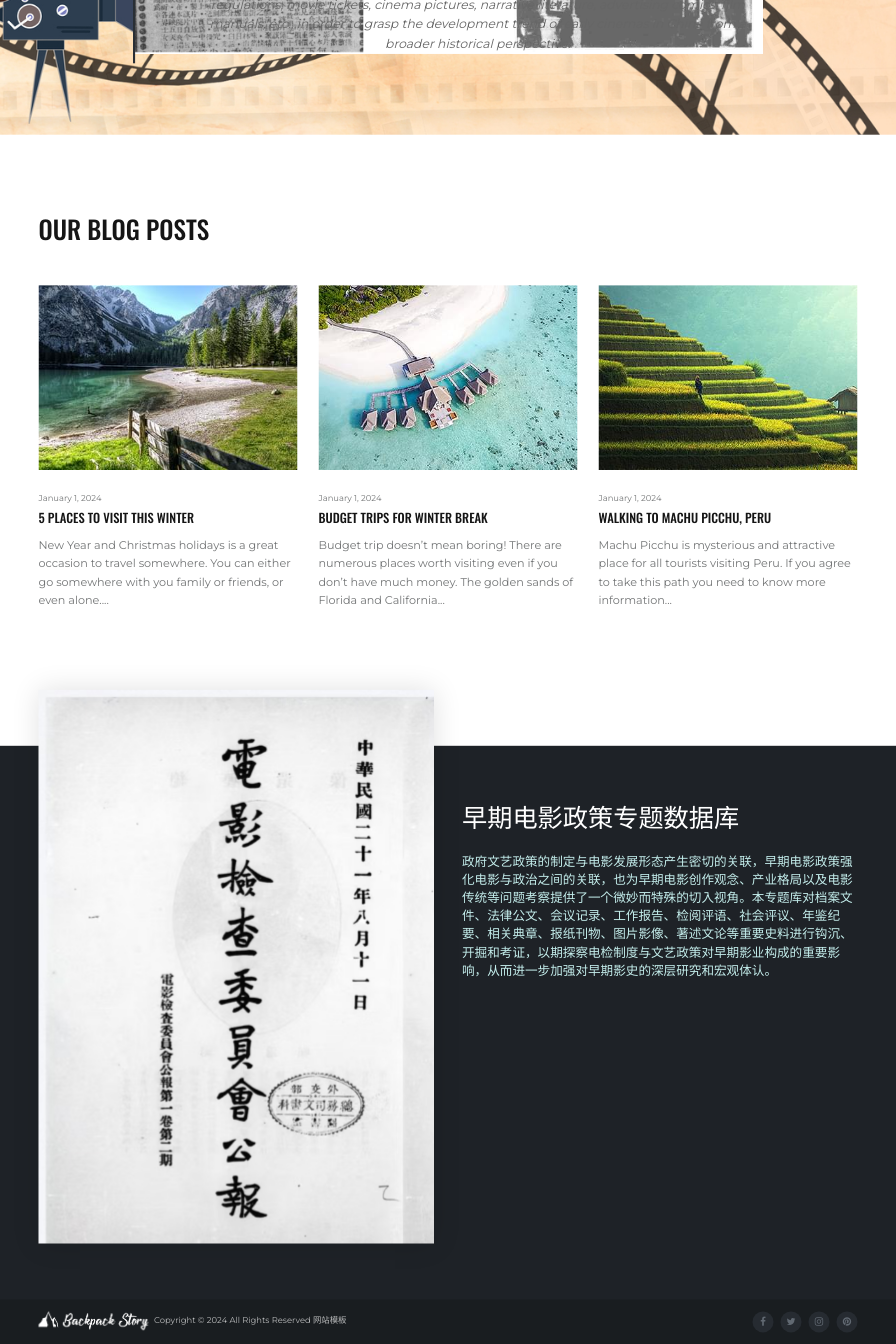
Repository: Jquarker/Modern-Film-Database
Page: index.html
An editor plug-in stored every save of this project. The page is shown before and after the next save, followed by the edit.
The browser window is 1280 px wide. The pictures show the part of the page from y = 4439 to 6359 px (the page is 6359 px tall), at 70% of full size.

Above is the page before, as saved 2025-02-21 15:28:32.

After the next save:
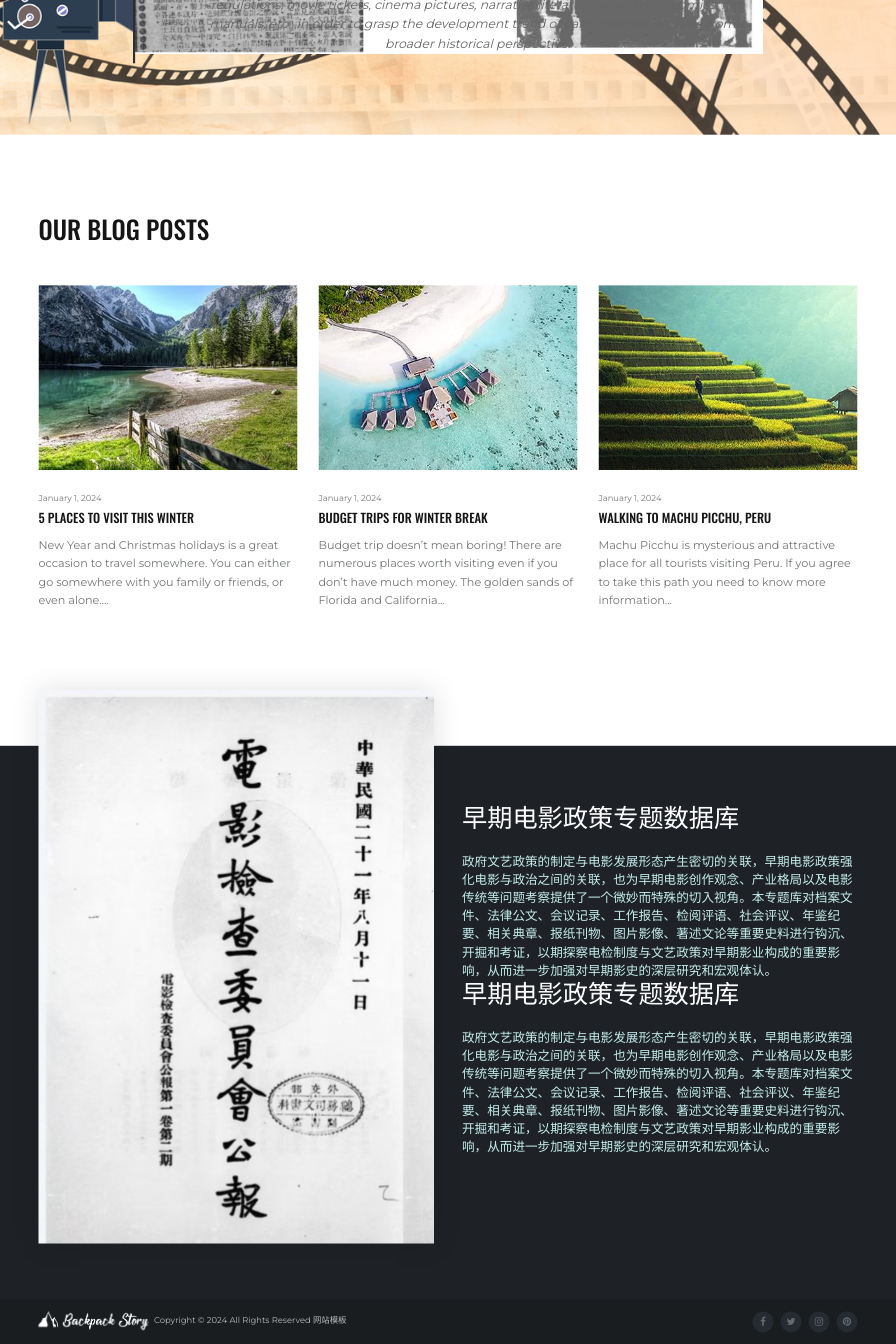
Saved 11 s later.
--- a/index.html
+++ b/index.html
@@ -337,6 +337,12 @@
               <div class="footer-classic_subscribe">
                 <h2>早期电影政策专题数据库</h2>
                 <h5 class="text-primary">政府文艺政策的制定与电影发展形态产生密切的关联，早期电影政策强化电影与政治之间的关联，也为早期电影创作观念、产业格局以及电影传统等问题考察提供了一个微妙而特殊的切入视角。本专题库对档案文件、法律公文、会议记录、工作报告、检阅评语、社会评议、年鉴纪要、相关典章、报纸刊物、图片影像、著述文论等重要史料进行钩沉、开掘和考证，以期探察电检制度与文艺政策对早期影业构成的重要影响，从而进一步加强对早期影史的深层研究和宏观体认。</h5>
+                <h2>早期电影政策专题数据库</h2>
+                <h5 class="text-primary">
+                  政府文艺政策的制定与电影发展形态产生密切的关联，早期电影政策强化电影与政治之间的关联，也为早期电影创作观念、产业格局以及电影传统等问题考察提供了一个微妙而特殊的切入视角。本专题库对档案文件、法律公文、会议记录、工作报告、检阅评语、社会评议、年鉴纪要、相关典章、报纸刊物、图片影像、著述文论等重要史料进行钩沉、开掘和考证，以期探察电检制度与文艺政策对早期影业构成的重要影响，从而进一步加强对早期影史的深层研究和宏观体认。
+                </h5>
+                <form class="rd-form rd-mailform rd-form-inline subscribe-form" data-form-output="form-output-global"
+                  data-form-type="subscribe" method="post" action="bat/rd-mailform.php">
               </div>
             </div>
           </div>
